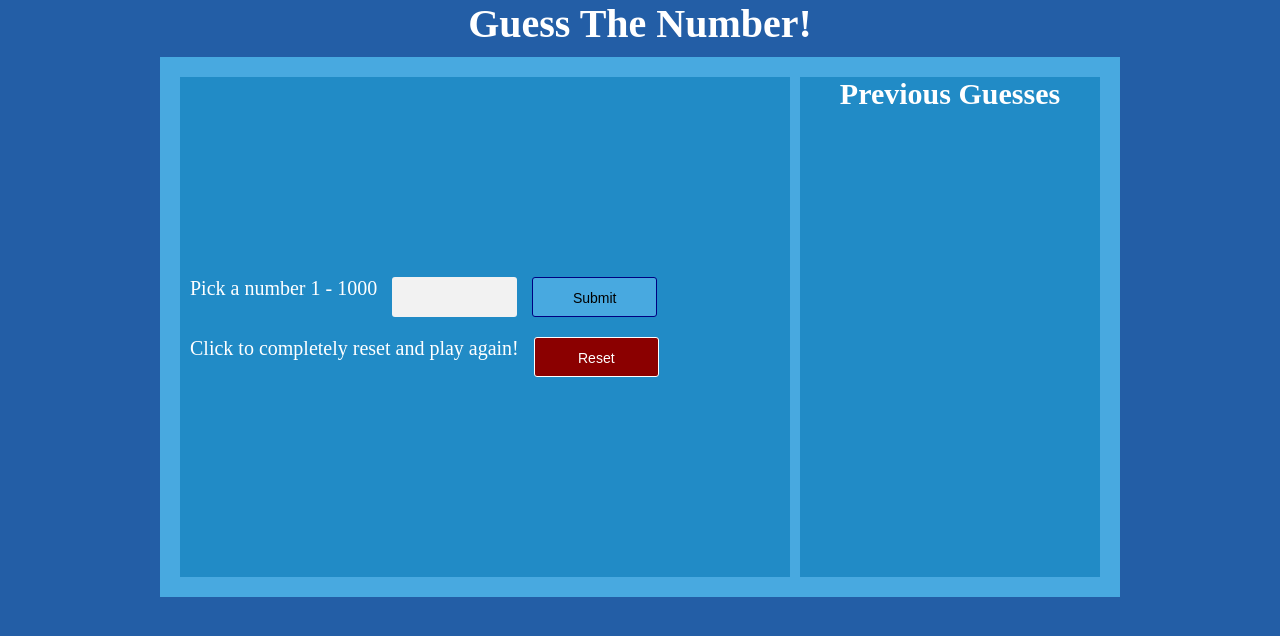
Repository: mlmEFSC21/P15-Modified-Guessing-Game
Page: guess.html
The author's editor kept a copy of each file at every save. The page is drawn from the files as they stood at one save, then again after the next save.
The browser window is 1280 px wide. The pictures show the whole page.

Above is the page before, as saved 2022-03-21 20:53:03.

After the next save:
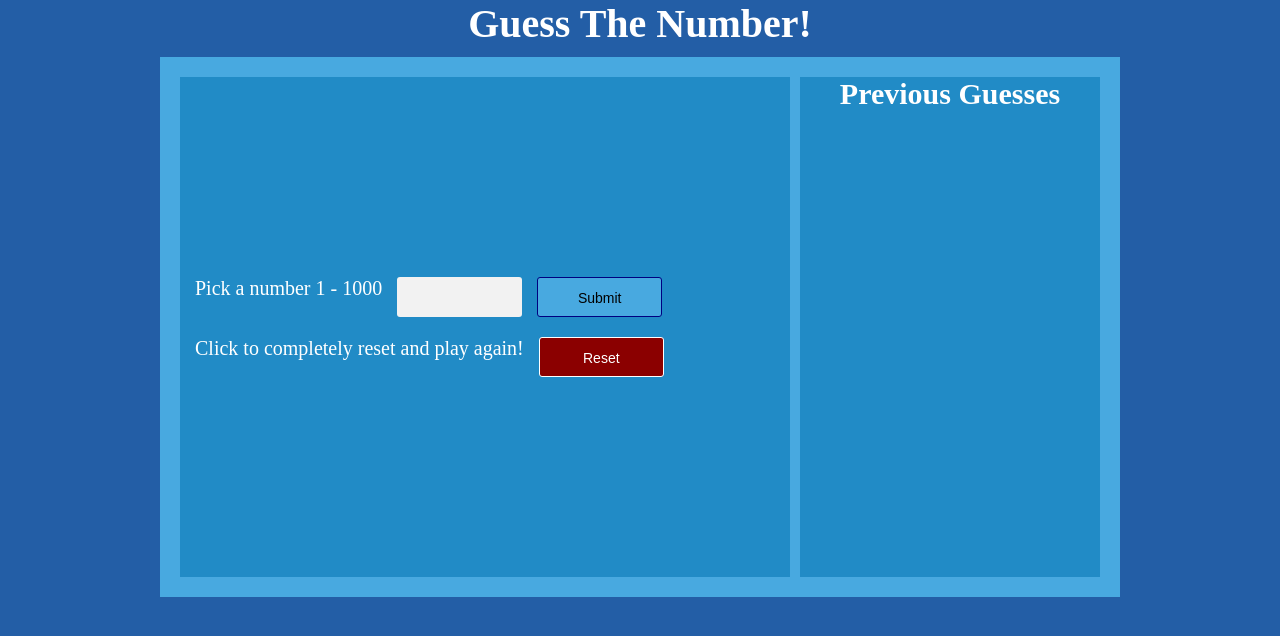
Saved 7 s later.
--- a/guess.css
+++ b/guess.css
@@ -37,7 +37,7 @@ body {
     display: flex;
     flex-direction: column-reverse;
     margin: 10px auto;
-    padding: 10px;
+    padding: 15px;
     grid-column: 1 / 3;
     grid-row: 1 / 4;
     height: 100%;
